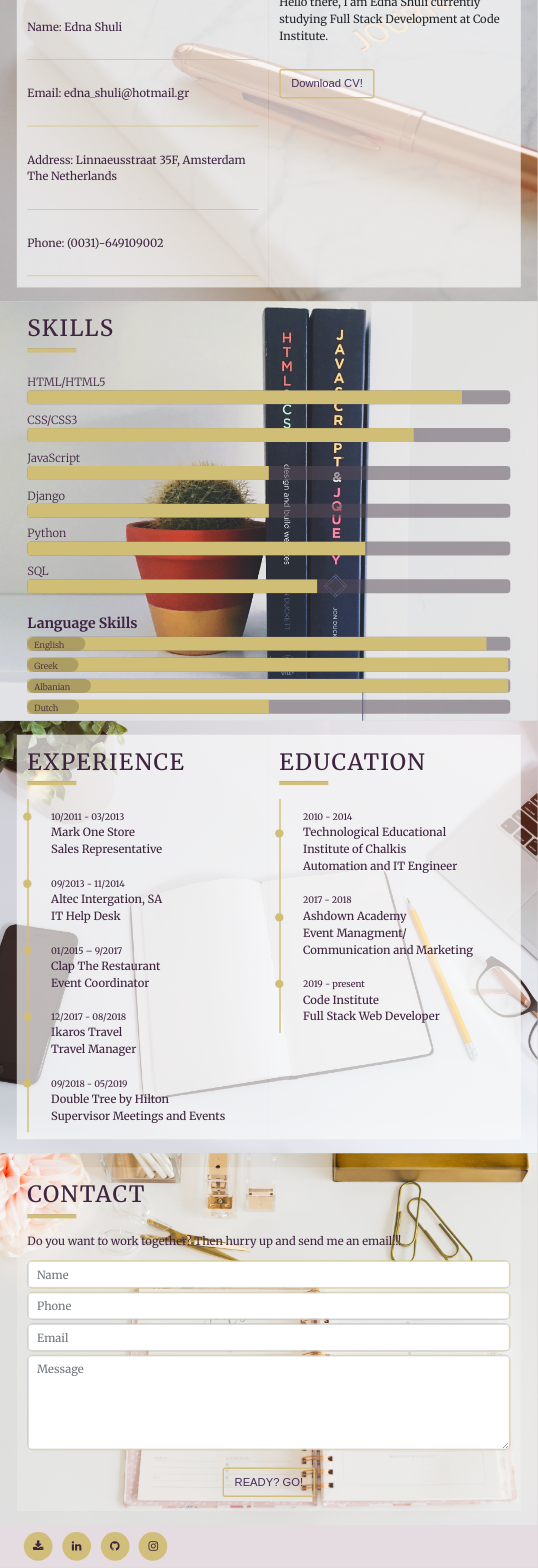
Repository: edshuli/Portfolio
Page: index.html
The author's editor kept a record of every edit. The page is drawn from the files as they stood at one moment, then again after the next edit.
The browser window is 768 px wide. The pictures show the part of the page from y = 911 to 3151 px (the page is 3151 px tall), at 70% of full size.
Backgrounds fixed to the window are drawn as part of the page. Some web fonts or font styles are not loaded; a fallback is used.

Above is the page before.

### index.html
<!DOCTYPE html>
<html lang="en">

<head>
    <meta charset="UTF-8">
    <meta name="viewport" content="width=device-width, initial-scale=1.0">
    <meta http-equiv="X-UA-Compatible" content="ie=edge">
    <link rel="stylesheet" href="https://stackpath.bootstrapcdn.com/bootstrap/4.3.1/css/bootstrap.min.css" type="text/css" />
    <link rel="stylesheet" href="https://maxcdn.bootstrapcdn.com/font-awesome/4.7.0/css/font-awesome.min.css" type="text/css" />
    <link rel="stylesheet" href="https://cdnjs.cloudflare.com/ajax/libs/hover.css/2.3.1/css/hover-min.css" type="text/css" />
    <link rel="stylesheet" href="assets/css/style.css" type="text/css" />
    <title>Edna Shuli - Full Stack Web Developer</title>
</head>

<body>

    <div class="container-fluid navbar-menu">
        <div class="row">
            <div class="col-12">
                <!-- NAVBAR -->
                <nav class="navbar navbar-expand-sm fixed-top navbar-light ">
                    <a href="index.html" class="navbar-brand">Ed.Sh</a>
                    <button class="navbar-toggler" type="button" data-toggle="collapse" data-target="#menuDropdown" aria-controls="menuDropdown" aria-expanded="false" aria-label="Toggle navigation">
           <span class="navbar-toggler-icon"></span>
       </button>

                    <div id="menuDropdown" class="navbar-collapse collapse">
                        <ul class="navbar-nav mr-auto">
                            <li><a class="nav-link text-uppercase" href="#about">about</a></li>
                            <li><a class="nav-link text-uppercase" href="#skills">skills</a></li>
                            <li><a class="nav-link text-uppercase" href="#experience">experience</a></li>
                            <li><a class="nav-link text-uppercase" href="#contact">contact</a></li>
                            <li><a class="nav-link text-uppercase" target="_blank" href="assets/cv/Edna-Shuli-Curriculum-Vitae.pdf">cv</a></li>
                        </ul>
                    </div>
            </div>
        </div>
        </nav>
    </div>
    <div class="container-fluid homepage-container ">
        <div class="row">
            <div class="col">
                <div class="jumbotron ">
                    <h1 class="header">Hi! I'm </br><span class="name">
            Edna Shuli</span></h1>
                    <p class="title">Full Stack Web Developer</p>
                </div>
            </div>
        </div>
    </div>



    <!-- ABOUT ME -->
    <section class="aboutme" id="about">
        <div class="container aboutme-container">
            <div class="row">
                <div class="col-md-6 personalinfo-container">
                    <div class="personal-info">
                        <h2 class="uppercase">Personal Info</h2>
                        <hr class="title-divider">
                        <ul>
                            <li>Name: Edna Shuli</li>
                            <li>Email: <a href="mailto:edna_shhuli@hotmail.gr">edna_shuli@hotmail.gr</a></li>
                            <li>Address: Linnaeusstraat 35F, Amsterdam The Netherlands</li>
                            <li>Phone: (0031)-649109002</li>
                        </ul>
                    </div>
                </div>
                <div class="col-md-6 about-container">
                    <h2 class="text-uppercase">About</h2>
                    <hr class="title-divider">
                    <div class="aboutitem">
                        <p>Hello there, I am Edna Shuli currently studying Full Stack Development at Code Institute.
                        </p>
                    </div>
                    <button class="btn">Download CV!</button>
                </div>
            </div>
        </div>
    </section>



    <!-- Skills -->

    <section class="skills" id="skills">
        <div class="container skills-container">
            <div class="row">
                <div class="col">
                    <h2 class="text-uppercase">Skills</h2>
                    <hr class="title-divider">
                </div>
            </div>
            <div class="skills-item-container">
                <div class="row ">
                    <div class="col">
                        <div class="skill-item-desc">HTML/HTML5</div>
                        <div class="progress">
                            <div class="progress-bar" role="progressbar" aria-valuenow="90" aria-valuemin="0" aria-valuemax="100" style="width:90%">
                                <span class="sr-only">90% complete</span>
                            </div>
                        </div>
                        <div class="skill-item-desc">CSS/CSS3</div>
                        <div class="progress">
                            <div class="progress-bar" role="progressbar" aria-valuenow="80" aria-valuemin="0" aria-valuemax="100" style="width:80%">
                                <span class="sr-only">80% complete</span>
                            </div>
                        </div>
                        <div class="skill-item-desc">JavaScript</div>
                        <div class="progress">
                            <div class="progress-bar" role="progressbar" aria-valuenow="50" aria-valuemin="0" aria-valuemax="100" style="width:50%">
                                <span class="sr-only">50% complete</span>
                            </div>
                        </div>
                        <div class="skill-item-desc">Django</div>
                        <div class="progress">
                            <div class="progress-bar" role="progressbar" aria-valuenow="50" aria-valuemin="0" aria-valuemax="100" style="width:50%">
                                <span class="sr-only">50% complete</span>
                            </div>
                        </div>
                        <div class="skill-item-desc">Python</div>
                        <div class="progress">
                            <div class="progress-bar" role="progressbar" aria-valuenow="70" aria-valuemin="0" aria-valuemax="100" style="width:70%">
                                <span class="sr-only">70% complete</span>
                            </div>
                        </div>
                        <div class="skill-item-desc">SQL</div>
                        <div class="progress">
                            <div class="progress-bar" role="progressbar" aria-valuenow="60" aria-valuemin="0" aria-valuemax="100" style="width:60%">
                                <span class="sr-only">60% complete</span>
                            </div>
                        </div>
                    </div>
                </div>
            </div>
            <div class="language-container">
                <div class="row">
                    <div class="col">
                        <h3>Language Skills</h3>
                        <div class="progress">
                            <div class="progress-bar" role="progressbar" aria-valuenow="95" aria-valuemin="0" aria-valuemax="100" style="width:95%">
                                <span class="sr-only">95% complete</span>
                            </div>
                            <span class="progress-item">English</span>
                        </div>
                        <div class="progress">
                            <div class="progress-bar" role="progressbar" aria-valuenow="99.5" aria-valuemin="0" aria-valuemax="100" style="width:99.5%">
                                <span class="sr-only">99.5% complete</span>
                            </div>
                            <span class="progress-item">Greek</span>
                        </div>

                        <div class="progress">
                            <div class="progress-bar" role="progressbar" aria-valuenow="99.5" aria-valuemin="0" aria-valuemax="100" style="width:99.5%">
                                <span class="sr-only">99.5% complete</span>
                            </div>
                            <span class="progress-item">Albanian</span>
                        </div>

                        <div class="progress">
                            <div class="progress-bar" role="progressbar" aria-valuenow="50" aria-valuemin="0" aria-valuemax="100" style="width:50%">
                                <span class="sr-only">50% complete</span>
                            </div>
                            <span class="progress-item">Dutch</span>
                        </div>
                    </div>
                </div>
            </div>
        </div>
    </section>



    <!-- Experience/Education -->
    <section class="info" id="experience">
        <div class="container container-info">
            <div class="row">
                <div class="col-md-6 experience-container">
                    <h2 class="text-uppercase history-heading">Experience</h2>
                    <hr class="title-divider">
                    <div class="history-items">
                        <div class="timeline-item" data-dates="10/2011 - 03/2013">
                            <h7>Mark One Store</h7>
                            <p>Sales Representative</p>
                        </div>
                        <div class="timeline-item" data-dates="09/2013 - 11/2014">
                            <h7>Altec Intergation, SA</h7>
                            <p>IT Help Desk</p>
                        </div>
                        <div class="timeline-item" data-dates="01/2015 – 9/2017">
                            <h7>Clap The Restaurant</h7>
                            <p>Event Coordinator</p>
                        </div>
                        <div class="timeline-item" data-dates="12/2017 - 08/2018">
                            <h7>Ikaros Travel</h7>
                            <p>Travel Manager</p>
                        </div>
                        <div class="timeline-item" data-dates="09/2018  - 05/2019">
                            <h7>Double Tree by Hilton</h7>
                            <p>Supervisor Meetings and Events</p>
                        </div>
                    </div>
                </div>
                <div class="col-md-6 education-container">
                    <h2 class="text-uppercase edu-heading">Education</h2>
                    <hr class="title-divider">
                    <div class="edu-history">
                        <div class="timeline-item" data-dates="2010 - 2014">
                            <h7>Technological Educational Institute of Chalkis </h7>
                            <p>Automation and IT Engineer</p>
                        </div>
                        <div class="timeline-item" data-dates="2017 - 2018">
                            <h7>Ashdown Academy</h7>
                            <p>Event Managment/ Communication and Marketing</p>
                        </div>
                        <div class="timeline-item" data-dates="2019 - present">
                            <h7>Code Institute</h7>
                            <p>Full Stack Web Developer</p>
                        </div>
                    </div>
                </div>
            </div>
        </div>
    </section>



    <!-- Contact -->
    <section class="contact" id="contact">
        <div class="container contact-container ">
            <div class="row contact-form">
                <div class="col position-contact">
                    <h2 class="text-uppercase contac-header">Contact</h2>
                    <hr class="title-divider">
                    <p class="contact-text">Do you want to work together? Then hurry up and send me an email!!!</p>
                    <div class="center-form">
                        <form>
                            <div class="contact-item">
                                <input type="text" name="name" id="fullname" class="form-control" placeholder="Name" required/>
                            </div>
                            <div class="contact-item">
                                <input type="text" name="phone" id="phonenumber" class="form-control" placeholder="Phone" required />
                            </div>
                            <div class="contact-item">
                                <input type="text" name="email" id="emailaddress" class="form-control" placeholder="Email" required/>
                            </div>
                            <div class="contact-item">
                                <textarea rows="5" name="projectsummary" id="projectsummary" class="form-control" placeholder="Message" required></textarea>
                            </div>
                            <div class="row text-center">
                                <div class="col">
                                    <button class="btn">READY? GO!</button>
                                </div>
                            </div>
                        </form>
                    </div>
                </div>
            </div>
        </div>
    </section>

    <footer>
        <div class="container footer-container">
            <div class="row">
                <div class="col-xs-12 col-xs-12 icons">
                            <a href="assets/cv/Edna-Shuli-Curriculum-Vitae.pdf" target="_blank"><i class="fa fa-download" aria-hidden="true"></i></a>
                            <a href="www.linkedin.com/in/edna-shuli-49142888" target="_blank"><i class="fa fa-linkedin" aria-hidden="true"></i></a>
                            <a href="https://github.com/edshuli" target="_blank"><i class="fa fa-github" aria-hidden="true"></i></a>
                            <a href="https://www.instagram.com/dido_edna/?hl=el" target="_blank"><i class="fa fa-instagram" aria-hidden="true"></i></a>
                </div>
            </div>
        </div>
    </footer>

   <script src="https://code.jquery.com/jquery-3.3.1.slim.min.js" integrity="sha384-q8i/X+965DzO0rT7abK41JStQIAqVgRVzpbzo5smXKp4YfRvH+8abtTE1Pi6jizo" crossorigin="anonymous"></script>
    <script src="https://cdnjs.cloudflare.com/ajax/libs/popper.js/1.14.7/umd/popper.min.js" integrity="sha384-UO2eT0CpHqdSJQ6hJty5KVphtPhzWj9WO1clHTMGa3JDZwrnQq4sF86dIHNDz0W1" crossorigin="anonymous"></script>
    <script src="https://stackpath.bootstrapcdn.com/bootstrap/4.3.1/js/bootstrap.min.js" integrity="sha384-JjSmVgyd0p3pXB1rRibZUAYoIIy6OrQ6VrjIEaFf/nJGzIxFDsf4x0xIM+B07jRM" crossorigin="anonymous"></script>
</body>


</html>

### assets/css/style.css
@import url('https://fonts.googleapis.com/css?family=Merriweather:100,200,300,400,500,600,700|Playfair+Display:100,200,300,400,500,600,700|Nanum+Gothic:100,200,300,400');

body {
    font-family: "Merriweather", sans-serif;
    background-color: rgba(169, 144, 157, 0.42);
    font-weight: 400;
}




/* ------------------------Button/Download--------------------*/

.btn {
    font: 16px "Playfair", sans-serif;
    color: #472e5a;
    margin: 20px 0px;
    padding: 10px 15px;
    border: 2px solid #d1be7b;
    display: inline-block;
}

/*---------------------HOMEPAGE/JUMBOTRON--------------------*/

.homepage-container {
    height: 100vh;
    background: url(../images/img-homepage.jpg) no-repeat center center fixed;
    -webkit-background-size: cover;
    -moz-background-size: cover;
    -o-background-size: cover;
    background-size: cover;

    display: flex;
    align-items: center;
    justify-content: center;
}



/*------------------------Jumbotron ---------------------*/

.jumbotron {
    background-color: transparent;
    margin-bottom: 0px;
    padding: 150px 700px 50px 0;
}

.header {
    color: #3e2832;
    font-size: 45px;
    font-weight: 300;
    margin-bottom: 10px;
}


.header {
    font-family: "Playfair", sans-serif;
}

span {
    font-family: "Merriweather", sans-serif;
}

.title {
    font-family: "Playfair", sans-serif;
    border-bottom-width: 1px;
    border-bottom-style: solid;
    border-bottom-color: #4f3943;
    border-top-width: 1px;
    border-top-style: solid;
    border-top-color: #4f3943;
    color: #4f3943;
    font-size: 25px;
    font-weight: 300;
    text-transform: uppercase;
    letter-spacing: 1px;
    padding: 15px 0;
}


/*---------------------------------Navbar ------------*/

.navbar {
    background-color: rgba(0, 0, 0, 0.7);
    overflow: hidden;
    position: fixed;

}

.navbar-menu {
    padding-left: 0;
    padding-right: 0;

}

.navbar-light .navbar-brand {
    letter-spacing: 1px;
    color: #d1be7b;
    font-size: 15px;
    font-weight: bold;
    transition: all 0.35s ease-in-out;
    -moz-transition: all 0.35s ease-in-out;
    -webkit-transition: all 0.35s ease-in-out;
    -o-transition: all 0.35s ease-in-out;

}

.navbar-light .navbar-brand:hover {
    color: #fafafa;
}

.navbar .navbar-nav a {
    font-weight: 400;
    color: #d1be7b;
    letter-spacing: 1px;
    text-decoration: none;

}

.navbar-light .navbar-nav .nav-link:hover {
    color: #fafafa;
    transition: all 0.35s ease-in-out;
    -moz-transition: all 0.35s ease-in-out;
    -webkit-transition: all 0.35s ease-in-out;
    -o-transition: all 0.35s ease-in-out;
}

.navbar-light .navbar-nav .nav-link {
    color: #d1be7b;
}

.fa-home {
    color: #d1be7b;
}



/*-----------For mobile ------------*/

.navbar-collapse {
    text-align: right;
    display: block;
}

.navbar-toggler {
    line-height: 1;
    background-color: #f8f9fa7a;
    border: 1px solid #fafaf8;
    border-radius: .25rem;
}

/*----------------------------TITLES/HEADERS----------------------------*/

h2 {
    font-family: "Merriweather", sans-serif;
    color: #3f2440;
    background-color: transparent;
    margin-top: 20px;
    letter-spacing: 2px;
}

.title-divider {
    width: 70px;
    height: 5px;
    background-color: #d1be7b;
    margin: 0 0 20px 0;
}

/*--------------------------ABOUT ME-------------------*/

.aboutme {
    width: 100vw;
    background: url(../images/aboutmelogo/imgabout.jpg) no-repeat center center;
    -webkit-background-size: cover;
    -moz-background-size: cover;
    -o-background-size: cover;
    background-size: cover;
    background-color: #f6f4f5;
    position: relative;

}

.personalinfo-container,
.about-container {
    background-color: rgba(250, 250, 250, 0.69);
    margin-bottom: 20px;
    margin-top: 10px;
}



a {
    text-decoration: none;
    color: #3f2440;
}

ul {
    padding: 0;
}

.personal-info ul li {
    border-bottom: 1px solid #d1be7b;
    padding: 35px 0;
    list-style: none;
    color: #3f2440;

}




/*--------------------------------------SKILLS --------*/

.skills {
    width: 100vw;
    background: url(../images/skillslogo/image-skills.jpg) no-repeat center center ;
    -webkit-background-size: cover;
    -moz-background-size: cover;
    -o-background-size: cover;
    background-size: cover;
    position: relative;
}


.skills-item-container {
    margin-top: 10px;
    margin-bottom: 20px
}

.skill-item-desc {
    font-weight: 200;
    color: #3f2440;
}

.progress {
    background-color: rgba(90, 77, 89, 0.51);
    border-radius: 5px;
    margin-bottom: 10px;
    height: 20px;
}

.progress-bar {
    background-color: #d1be76;
}

.progress-item {
    position: absolute;
    font-weight: 200;
    padding: 3px 30px 2px 10px;
    color: #3f2440;
    background-color: rgba(25, 25, 25, 0.2);
    border-radius: 10px;
    height: 20px;
}


h3 {
    font-size: 20px;
    font-weight: bold;
    color: #3f2440;
}

/*-------------------- EXPERIENCE-EDUCATION---------------*/

.info {
    width: 100vw;
    background: url(../images/experience-logo/expimg.jpg) no-repeat center center;
    -webkit-background-size: cover;
    -moz-background-size: cover;
    -o-background-size: cover;
    background-size: cover;

}

.experience-container,
.education-container {
    background-color: rgba(250, 250, 250, 0.69);
    padding-bottom: 10px;
    margin-top: 20px;
    margin-bottom: 20px;

}



.timeline-item {
    padding: 1em 2em 0em 2em;
    position: relative;
    color: #3f2440;
    font-weight: 500;
    border-left: 2px solid #d1be76;
}

.timeline-item p {
    padding: 0;
    margin: 0;
}

.timeline-item:before {
    content: attr(data-dates);
    left: 2.5em;
    top: 3em;
    display: block;
    font-weight: 500;
    font-size: 0.8em;
    padding: 0;
    margin: 0;
}

.timeline-item:after {
    width: 12px;
    height: 12px;
    display: block;
    top: -4em;
    right: 2.5em;
    position: relative;
    border-radius: 50%;
    content: '';
    background: #d1be76;
}

/*---------------------CONCTACT-----------------*/

.contact {
    width: 100vw;
    background: url(../images/contact-logo/contact-img.jpg) no-repeat center center;
    -webkit-background-size: cover;
    -moz-background-size: cover;
    -o-background-size: cover;
    background-size: cover;

}

.position-contact {
    background-color: #fafafa36;
    margin-top: 20px;
    margin-bottom: 20px;
}


.contact-text {
    color: #3f2440;
}

.contact-item {
    background-color: rgba(255, 255, 255, 0.5);
    border: 1px solid #d1be76;
    border-radius: .50em;
    margin-bottom: 5px;
}

/*-------------------FOOTER----------------------*/

footer {

    margin: 0;
    background-color: rgba(250, 250, 250, 0.28);
    border-color: transparent;
}

i {
    display: inline-block;
    text-align: center;
    font-size: 18px;
    width: 41px;
    height: 41px;
    border-radius: 50%;
    padding-top: 12.5px;
    background-color: #d1be7b;
    margin: 10px 0 10px 10px;
}

i:hover {
    color: #564F6F;

}

/*------------------ MEDIA QUERRIES--------------*/

/*------------------ HOMEPAGE ------------------*/

@media (max-width: 575px) {

    .container-fluid {
        font-size: 10px;
    }

    .jumbotron {
        background-color: transparent;
        margin-bottom: 0px;
        padding: 5px 0px 100px 0;
    }
    .navbar-toggler {
        line-height: 1;
        background-color: #f8f9fa7a;
        border: 1px solid #fafaf8;
        border-radius: 0.1rem;
    }

    .header {
        font-size: 30px;
        font-weight: 300;
    }

    .title {
        font-size: 15px;
    }
}

@media (min-width: 576px) and (max-width:768px) {

    .jumbotron {
        background-color: transparent;
        margin-bottom: 0px;
        padding: 5px 0px 100px 0;
    }
}

/*@media (max-width: 768px) {
    .homepage-container {
        background: url(../images/image.jpg) no-repeat center center fixed;
        -webkit-background-size: cover;
        -moz-background-size: cover;
        -o-background-size: cover;
        background-size: cover;
    }
}

/*------------------ SKILLS    ------------------*/

@media (max-width: 320px) {
    h2 {
        font-size: 20px;
    }

    .skill-item-desc {
        font-weight: bold;

    }

    .progress-item {
        font-weight: bold;
    }


}

@media (max-width: 767px) {
    .skills {
        background-image: none;
        background-color: rgba(250, 250, 250, 0.69);
    }

    .personalinfo-container {
        margin-bottom: 0px;
        margin-top: 10px;
    }

    .about-container {
        margin-bottom: 20px;
        margin-top: 0px;
    }

    .experience-container {
        padding-bottom: 10px;
        margin-top: 20px;
        margin-bottom: 0px;

    }

    .education-container {
        padding-bottom: 10px;
        margin-top: 0px;
        margin-bottom: 20px;

    }


}






/*@media (min-width: 768px) and (max-width:1024px) {
    .skills-item-container {
        margin-top: 35px;

        margin-bottom: 50px
    }
   .progress{
       margin-bottom: 20px;
       height:30px;
   }

   h3{
       padding-bottom: 35px;
       font-size:30px;
   }

   .skill-item-desc{
       font-weight:bold;
       font-size:20px;
   }

   .progress-item{
       font-size:20px;
       padding: 3px 30px 10px 5px;
       height:28px;
   }
}*/

After the next edit:
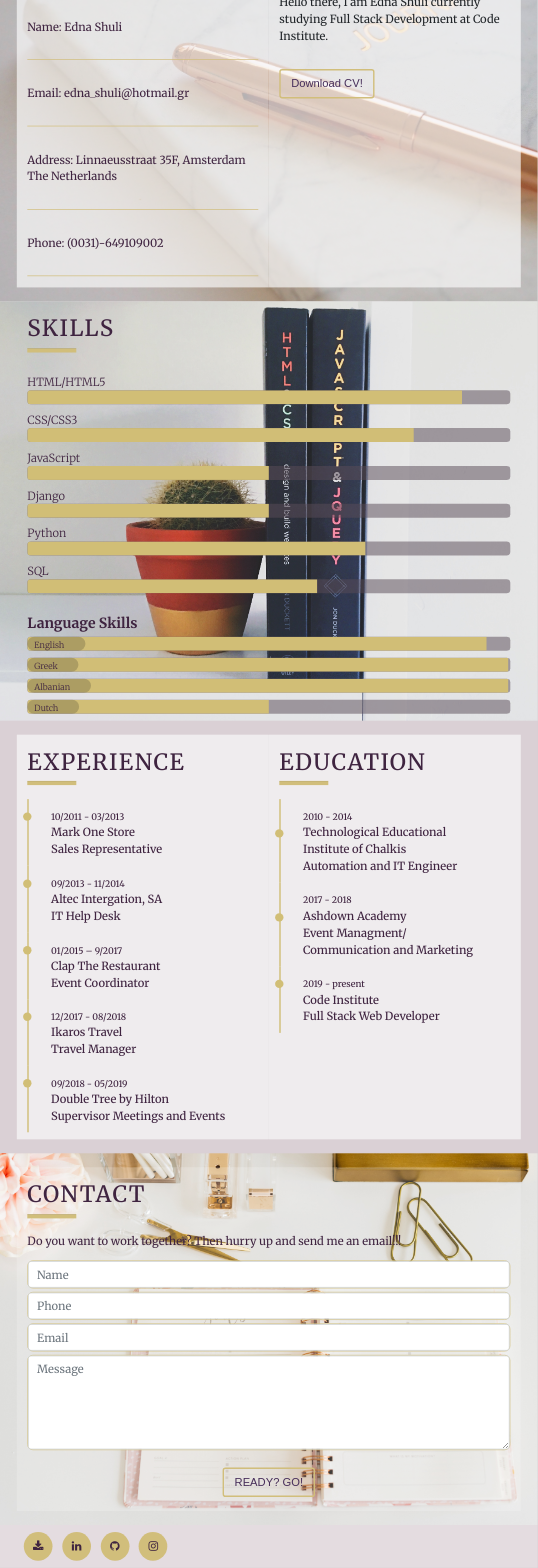
The edit:
--- a/assets/css/style.css
+++ b/assets/css/style.css
@@ -416,15 +416,10 @@
     }
 }
 
-/*@media (max-width: 768px) {
-    .homepage-container {
-        background: url(../images/image.jpg) no-repeat center center fixed;
-        -webkit-background-size: cover;
-        -moz-background-size: cover;
-        -o-background-size: cover;
-        background-size: cover;
-    }
-}
+@media (max-width: 768px) {
+    .info{
+        background-image:none;
+    }
 
 /*------------------ SKILLS    ------------------*/
 
